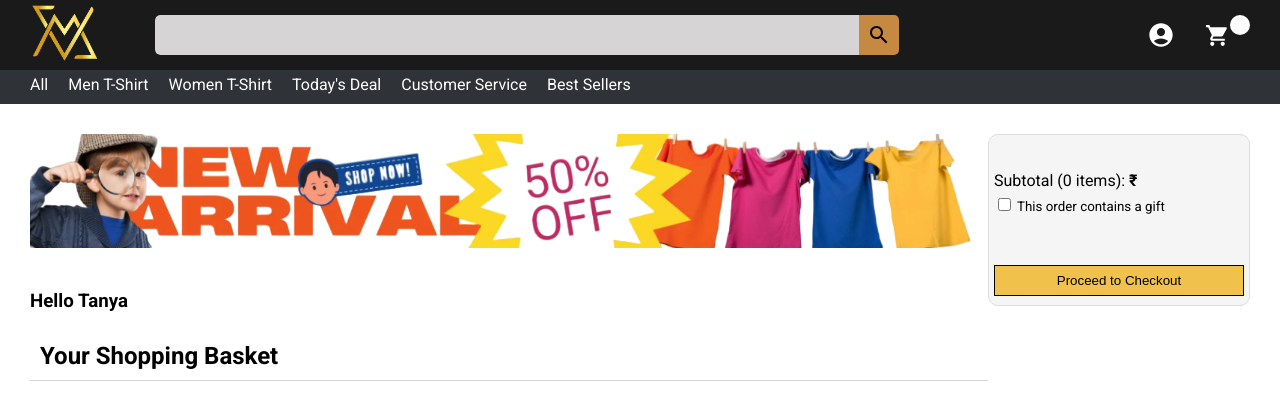
Repository: RiwanshiSoni/MatraVastra
Page: /cart
The author's editor kept a copy of each file at every save. The page is drawn from the files as they stood at one save, then again after the next save.
The browser window is 1280 px wide. The pictures show the whole page.
The page's requests for data from a server got no answer. The project was rebuilt for these pictures with package versions that can differ from the ones it lists, and the page was loaded fresh each time. No one was signed in, and anything a server would have sent is missing. Also part of the build but not shown: vite.config.js, src/Product.jsx, src/Login.jsx, src/Slider.jsx, src/SignUp.jsx, src/css/banner.css, src/Banner.jsx.

Above is the page before, as saved 2024-08-29 19:35:24.

After the next save:
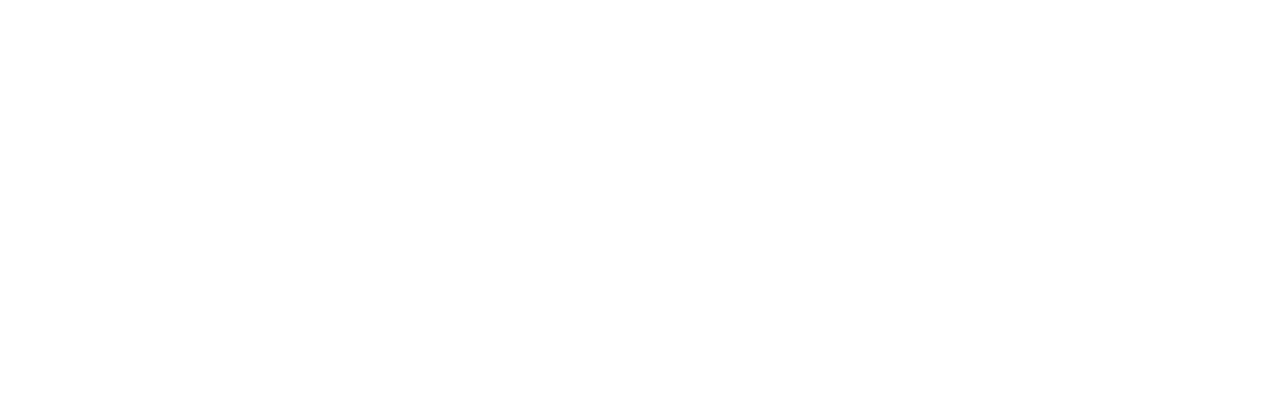
Console error: ReferenceError: calculateSubtotal is not defined
Saved 28 s later.
--- a/src/ShoppingCart.jsx
+++ b/src/ShoppingCart.jsx
@@ -10,9 +10,9 @@
   console.log(cart);
 
 
-  const calculateSubtotal = () => {
-       return cart?.line_items?.reduce((acc, item) => acc + item.price.raw * item.quantity, 0).toFixed(2);
-      };
+  // const calculateSubtotal = () => {
+  //      return cart?.line_items?.reduce((acc, item) => acc + item.price.raw * item.quantity, 0).toFixed(2);
+  //     };
 
   return (
     <div className="checkout">

After the save that followed:
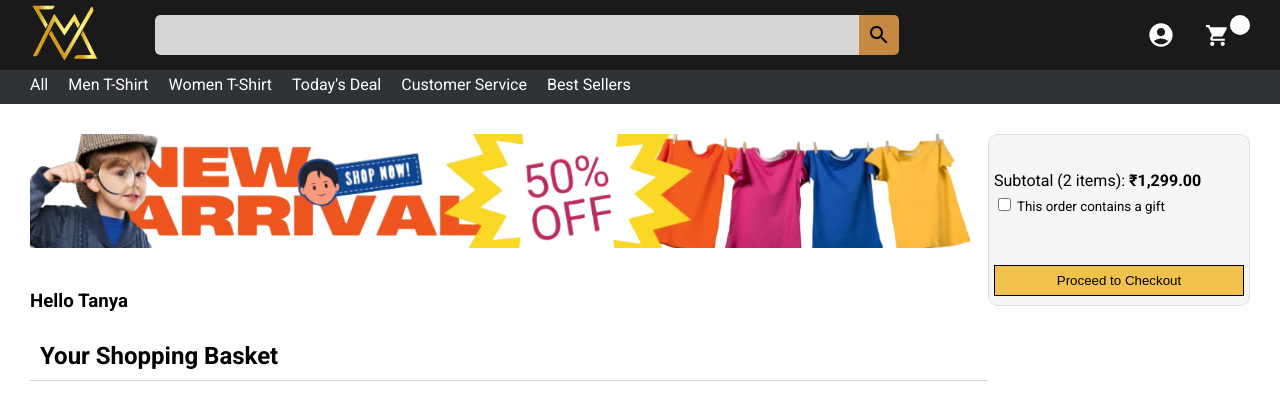
The error is gone.
Saved 37 s later.
--- a/src/ShoppingCart.jsx
+++ b/src/ShoppingCart.jsx
@@ -4,16 +4,7 @@
 import "./css/shopping.css";
 
 function ShoppingCart({ cart }) {
-
-
-
   console.log(cart);
-
-
-  // const calculateSubtotal = () => {
-  //      return cart?.line_items?.reduce((acc, item) => acc + item.price.raw * item.quantity, 0).toFixed(2);
-  //     };
-
   return (
     <div className="checkout">
       <div className="checkout_left">
@@ -61,8 +52,9 @@
       <div className="checkout_right">
         <div className="subtotal">
           <p  className='p'>
-          Subtotal ({cart?.total_items || 0} items):
-          <strong> ₹{calculateSubtotal()}</strong>
+            Subtotal (2 items): <strong>₹1,299.00</strong>
+
+
           </p>
           <small className="subtotal_gift">
             <input type="checkbox"/> This order contains a gift
